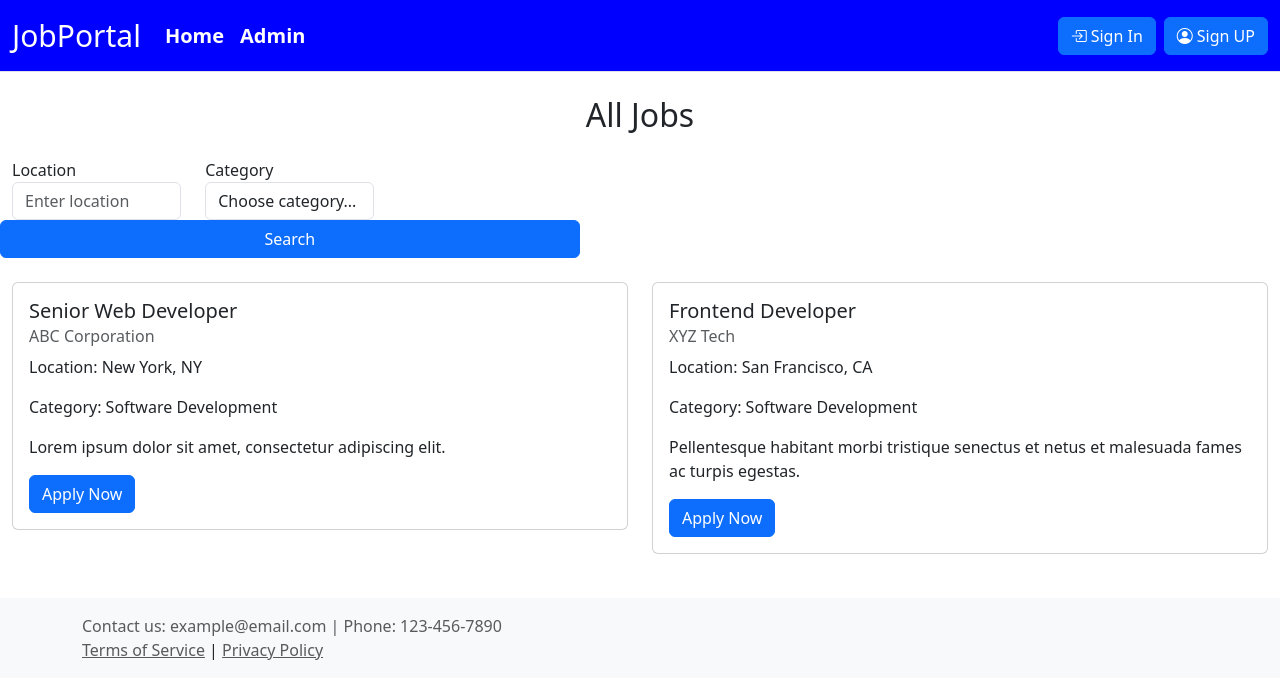
Repository: smruti12344/Job_Portal
Page: http://localhost/Job_portal/home.jsp
These files come from the project's save history. The page is drawn as it stood at one moment and after the next save; the edit follows.
The browser window is 1280 px wide. The pictures show the whole page.
Some web libraries are served in a nearby version. The page is served by Tomcat 9.

Above is the page before, as saved 2024-04-17 05:57:45.

After the next save:
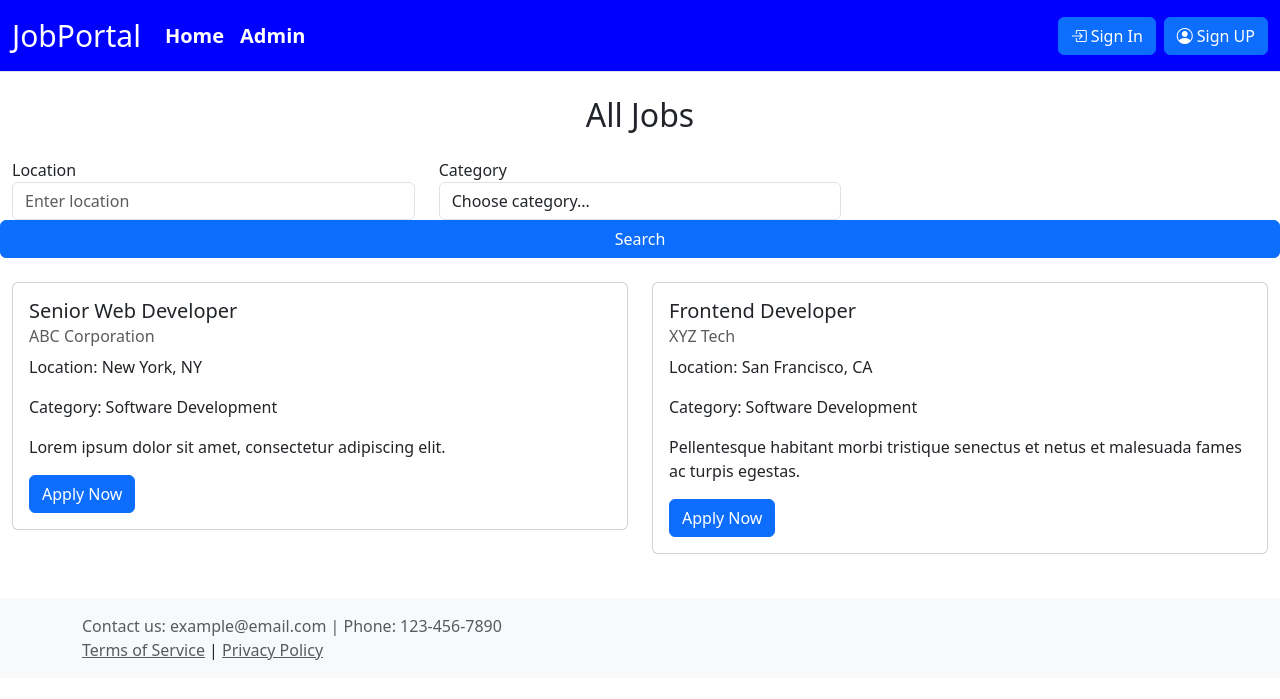
Saved 6 s later.
--- a/Job_portal/src/main/webapp/home.jsp
+++ b/Job_portal/src/main/webapp/home.jsp
@@ -22,7 +22,7 @@
         <h2 class="text-center mb-4">All Jobs</h2>
 
         <!-- Search form -->
-        <form class="d-flex">
+        <form >
             <div class="row">
                 <div class="form-group col-md-4">
                     <label for="inputLocation">Location</label>
